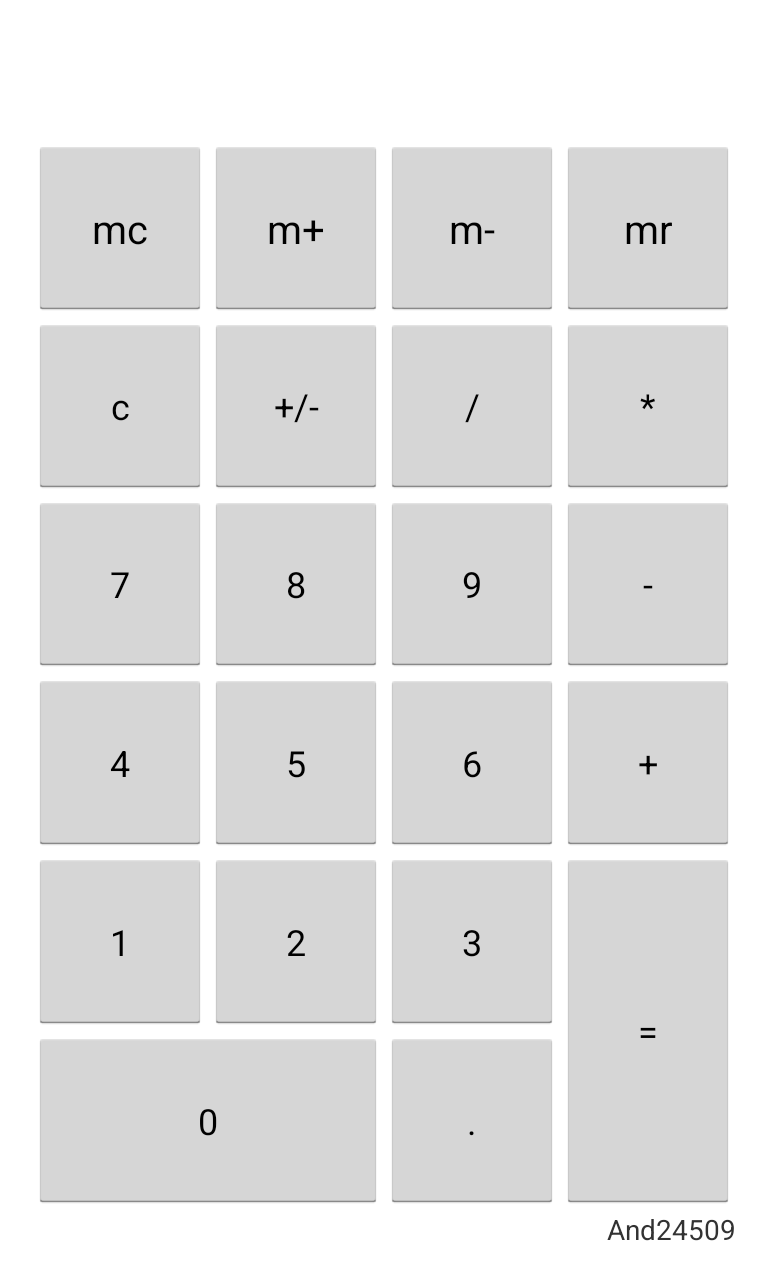
Repository: ericluo1123/myAndroidCode
Layout: myHomeWork/res/layout/activity_main.xml
The author's editor kept a copy of each file at every save. The layout is drawn from the files as they stood at one save, then again after the next save.
It is drawn on a 768 x 1280 px phone screen (xhdpi) without system bars, with theme AppTheme; the app's code is not run.

Above is the layout before, as saved 2014-09-30 14:42:28.

### myHomeWork/res/layout/activity_main.xml
<RelativeLayout xmlns:android="http://schemas.android.com/apk/res/android"
    xmlns:tools="http://schemas.android.com/tools"
    android:id="@+id/RelativeLayout1"
    android:layout_width="match_parent"
    android:layout_height="match_parent"
    android:gravity="top"
    android:onClick="setText"
    android:orientation="vertical"
    android:padding="@dimen/activity_vertical_margin"
    android:paddingBottom="@dimen/activity_vertical_margin"
    android:paddingLeft="@dimen/activity_horizontal_margin"
    android:paddingRight="@dimen/activity_horizontal_margin"
    android:paddingTop="@dimen/activity_vertical_margin"
    tools:context="com.example.myhomework.MainActivity" >

    <TextView
        android:id="@+id/textView1"
        android:layout_width="wrap_content"
        android:layout_height="wrap_content"
        android:layout_alignParentBottom="true"
        android:layout_alignParentRight="true"
        android:text="And24509" />

    <LinearLayout
        android:id="@+id/linearLayout1"
        android:layout_width="match_parent"
        android:layout_height="wrap_content"
        android:layout_above="@+id/textView1"
        android:layout_below="@+id/textView2"
        android:orientation="vertical" >

        <LinearLayout
            android:layout_width="match_parent"
            android:layout_height="0dp"
            android:layout_weight="1" >

            <Button
                android:id="@+id/button1"
                android:layout_width="0dp"
                android:layout_height="match_parent"
                android:layout_weight="1"
                android:onClick="0"
                android:text="mc"
                android:textSize="20" />

            <Button
                android:id="@+id/button2"
                android:layout_width="0dp"
                android:layout_height="match_parent"
                android:layout_weight="1"
                android:onClick="0"
                android:text="m+"
                android:textSize="20" />

            <Button
                android:id="@+id/button3"
                android:layout_width="0dp"
                android:layout_height="match_parent"
                android:layout_weight="1"
                android:onClick="0"
                android:text="m-"
                android:textSize="20" />

            <Button
                android:id="@+id/button4"
                android:layout_width="0dp"
                android:layout_height="match_parent"
                android:layout_weight="1"
                android:onClick="0"
                android:text="mr"
                android:textSize="20" />
        </LinearLayout>

        <LinearLayout
            android:layout_width="match_parent"
            android:layout_height="0dp"
            android:layout_weight="1"
            android:orientation="horizontal" >

            <Button
                android:id="@+id/button5"
                android:layout_width="0dp"
                android:layout_height="match_parent"
                android:layout_weight="1"
                android:onClick="setText"
                android:text="c" />

            <Button
                android:id="@+id/button6"
                android:layout_width="0dp"
                android:layout_height="match_parent"
                android:layout_weight="1"
                android:text="+/-" />

            <Button
                android:id="@+id/button7"
                android:layout_width="0dp"
                android:layout_height="match_parent"
                android:layout_weight="1"
                android:onClick="setText"
                android:text="/" />

            <Button
                android:id="@+id/button8"
                android:layout_width="0dp"
                android:layout_height="match_parent"
                android:layout_weight="1"
                android:onClick="setText"
                android:text="*" />
        </LinearLayout>

        <LinearLayout
            android:layout_width="match_parent"
            android:layout_height="0dp"
            android:layout_weight="1" >

            <Button
                android:id="@+id/button9"
                android:layout_width="0dp"
                android:layout_height="match_parent"
                android:layout_weight="1"
                android:onClick="setText"
                android:text="7" />

            <Button
                android:id="@+id/button10"
                android:layout_width="0dp"
                android:layout_height="match_parent"
                android:layout_weight="1"
                android:onClick="setText"
                android:text="8" />

            <Button
                android:id="@+id/button11"
                android:layout_width="0dp"
                android:layout_height="match_parent"
                android:layout_weight="1"
                android:onClick="setText"
                android:text="9" />

            <Button
                android:id="@+id/button12"
                android:layout_width="0dp"
                android:layout_height="match_parent"
                android:layout_weight="1"
                android:onClick="setText"
                android:text="-" />
        </LinearLayout>

        <LinearLayout
            android:layout_width="match_parent"
            android:layout_height="0dp"
            android:layout_weight="1" >

            <Button
                android:id="@+id/button13"
                android:layout_width="0dp"
                android:layout_height="match_parent"
                android:layout_weight="1"
                android:onClick="setText"
                android:text="4" />

            <Button
                android:id="@+id/button14"
                android:layout_width="0dp"
                android:layout_height="match_parent"
                android:layout_weight="1"
                android:onClick="setText"
                android:text="5" />

            <Button
                android:id="@+id/button15"
                android:layout_width="0dp"
                android:layout_height="match_parent"
                android:layout_weight="1"
                android:onClick="setText"
                android:text="6" />

            <Button
                android:id="@+id/button16"
                android:layout_width="0dp"
                android:layout_height="match_parent"
                android:layout_weight="1"
                android:onClick="setText"
                android:text="+" />
        </LinearLayout>

        <LinearLayout
            android:layout_width="match_parent"
            android:layout_height="0dp"
            android:layout_weight="2"
            android:orientation="horizontal" >

            <LinearLayout
                android:layout_width="0dp"
                android:layout_height="match_parent"
                android:layout_weight="3"
                android:orientation="vertical" >

                <LinearLayout
                    android:layout_width="match_parent"
                    android:layout_height="0dp"
                    android:layout_weight="1" >

                    <Button
                        android:id="@+id/button18"
                        android:layout_width="0dp"
                        android:layout_height="match_parent"
                        android:layout_weight="1"
                        android:onClick="setText"
                        android:text="1" />

                    <Button
                        android:id="@+id/button20"
                        android:layout_width="0dp"
                        android:layout_height="match_parent"
                        android:layout_weight="1"
                        android:onClick="setText"
                        android:text="2" />

                    <Button
                        android:id="@+id/button21"
                        android:layout_width="0dp"
                        android:layout_height="match_parent"
                        android:layout_weight="1"
                        android:onClick="setText"
                        android:text="3" />
                </LinearLayout>

                <LinearLayout
                    android:layout_width="match_parent"
                    android:layout_height="0dp"
                    android:layout_weight="1" >

                    <LinearLayout
                        android:layout_width="0dp"
                        android:layout_height="match_parent"
                        android:layout_weight="2" >

                        <Button
                            android:id="@+id/button19"
                            android:layout_width="match_parent"
                            android:layout_height="match_parent"
                            android:onClick="setText"
                            android:text="0" />
                    </LinearLayout>

                    <LinearLayout
                        android:layout_width="0dp"
                        android:layout_height="match_parent"
                        android:layout_weight="1" >

                        <Button
                            android:id="@+id/button22"
                            android:layout_width="match_parent"
                            android:layout_height="match_parent"
                            android:onClick="setText"
                            android:text="." />
                    </LinearLayout>
                </LinearLayout>
            </LinearLayout>

            <LinearLayout
                android:layout_width="0dp"
                android:layout_height="match_parent"
                android:layout_weight="1"
                android:orientation="vertical" >

                <Button
                    android:id="@+id/button17"
                    android:layout_width="match_parent"
                    android:layout_height="match_parent"
                    android:onClick="setText"
                    android:text="=" />
            </LinearLayout>
        </LinearLayout>
    </LinearLayout>

    <TextView
        android:id="@+id/textView2"
        android:layout_width="match_parent"
        android:layout_height="wrap_content"
        android:background="#FFFFFF"
        android:gravity="right"
        android:textSize="40sp" />

</RelativeLayout>

### myHomeWork/res/values/styles.xml
<resources>

    <!--
        Base application theme, dependent on API level. This theme is replaced
        by AppBaseTheme from res/values-vXX/styles.xml on newer devices.
    -->
    <style name="AppBaseTheme" parent="android:Theme.Light">
        <!--
            Theme customizations available in newer API levels can go in
            res/values-vXX/styles.xml, while customizations related to
            backward-compatibility can go here.
        -->
    </style>

    <!-- Application theme. -->
    <style name="AppTheme" parent="AppBaseTheme">
        <!-- All customizations that are NOT specific to a particular API-level can go here. -->
    </style>

    <style name="styleName" parent="android:Widget.Holo.Light.Button">
        <item name="android:textSize">25</item>
    </style>
</resources>

Loaded but not shown: myHomeWork/res/values-v11/styles.xml (common file); myHomeWork/res/values-v14/styles.xml (common file); myHomeWork/res/values/dimens.xml (common file); myHomeWork/res/values-w820dp/dimens.xml (common file)

After the next save:
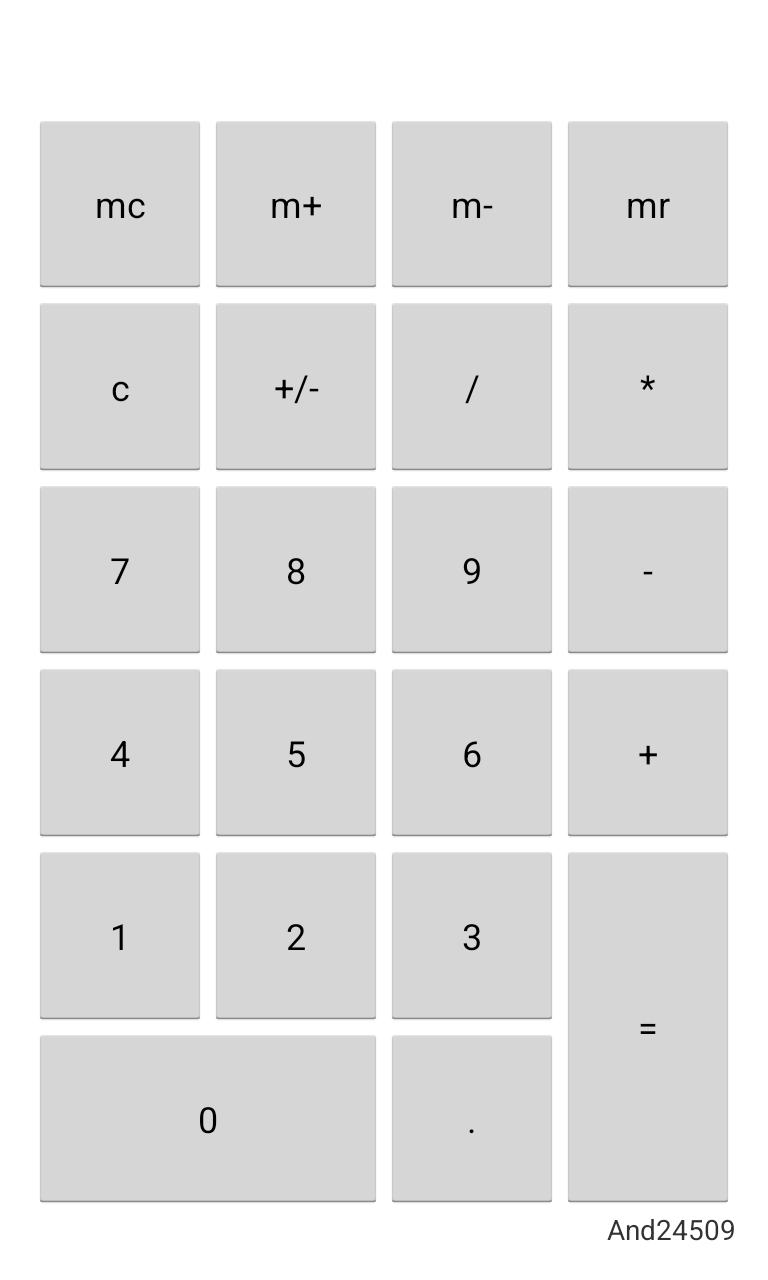
Saved 6 s later.
--- a/myHomeWork/res/layout/activity_main.xml
+++ b/myHomeWork/res/layout/activity_main.xml
@@ -40,8 +40,7 @@
                 android:layout_height="match_parent"
                 android:layout_weight="1"
                 android:onClick="0"
-                android:text="mc"
-                android:textSize="20" />
+                android:text="mc" />
 
             <Button
                 android:id="@+id/button2"
@@ -49,8 +48,7 @@
                 android:layout_height="match_parent"
                 android:layout_weight="1"
                 android:onClick="0"
-                android:text="m+"
-                android:textSize="20" />
+                android:text="m+" />
 
             <Button
                 android:id="@+id/button3"
@@ -58,8 +56,7 @@
                 android:layout_height="match_parent"
                 android:layout_weight="1"
                 android:onClick="0"
-                android:text="m-"
-                android:textSize="20" />
+                android:text="m-" />
 
             <Button
                 android:id="@+id/button4"
@@ -67,8 +64,7 @@
                 android:layout_height="match_parent"
                 android:layout_weight="1"
                 android:onClick="0"
-                android:text="mr"
-                android:textSize="20" />
+                android:text="mr" />
         </LinearLayout>
 
         <LinearLayout
@@ -282,6 +278,6 @@
         android:layout_height="wrap_content"
         android:background="#FFFFFF"
         android:gravity="right"
-        android:textSize="40sp" />
+        android:textSize="30sp" />
 
 </RelativeLayout>
